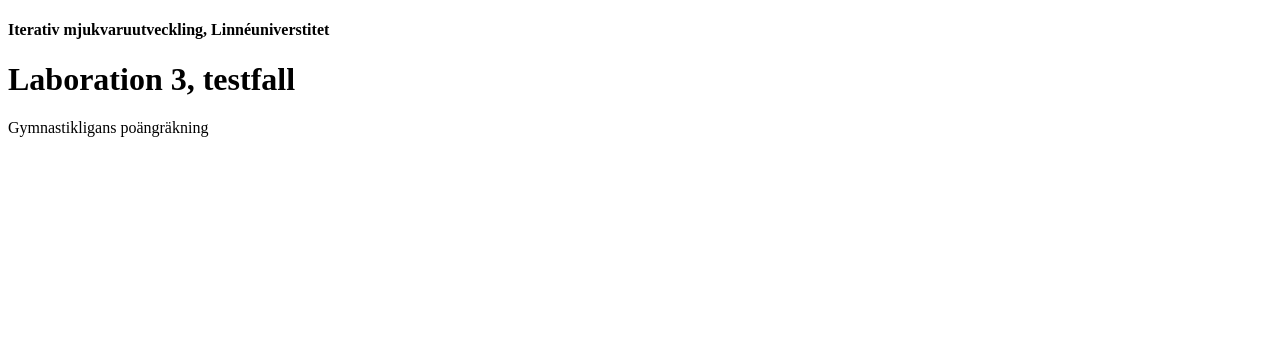
Repository: Holmewi/1dv404-jh222qr-laborationer
Page: Lab 3.2/index.html
The author's editor kept a record of every edit. The page is drawn from the files as they stood at one moment, then again after the next edit.
The browser window is 1280 px wide. The pictures show the whole page.

Above is the page before.
Console error: TypeError: Cannot read properties of null (reading 'appendChild')

After the next edit:
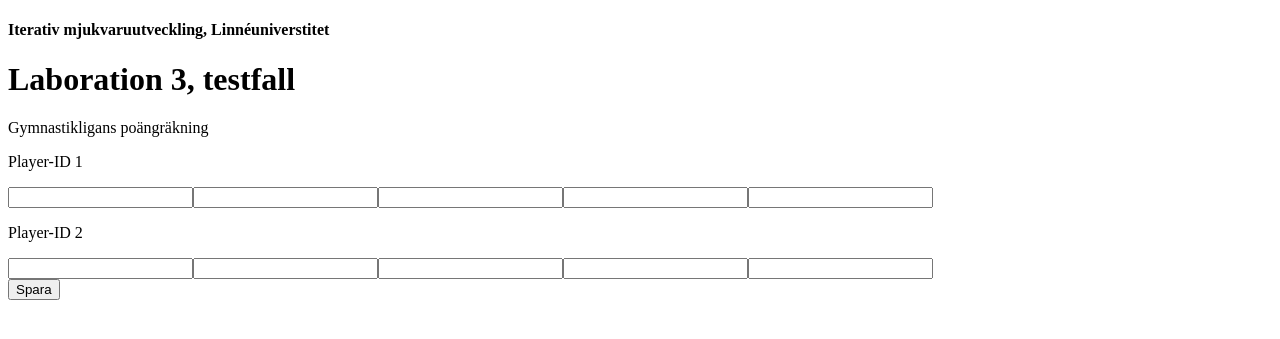
The error is gone.
The edit:
--- a/Lab 3.2/index.html
+++ b/Lab 3.2/index.html
@@ -11,19 +11,8 @@
     <h1>Laboration 3, testfall</h1>
     <p>Gymnastikligans poängräkning</p>
 
-    <form id="gymnastList">
-        <form>
+    <form id="inputScore">
 
-        </form>
-        <!--
-        Poäng för gren:<br />
-        <input type="text" id="p1" class="point"><br />
-        <input type="text" id="p2" class="point"><br />
-        <input type="text" id="p3" class="point"><br />
-        <input type="text" id="p4" class="point"><br />
-        <input type="text" id="p5" class="point"><br />
-        <input type="submit" id="submit" value="Spara">
-        -->
     </form>
 
     <script src="js/Gymnast.js"></script>
